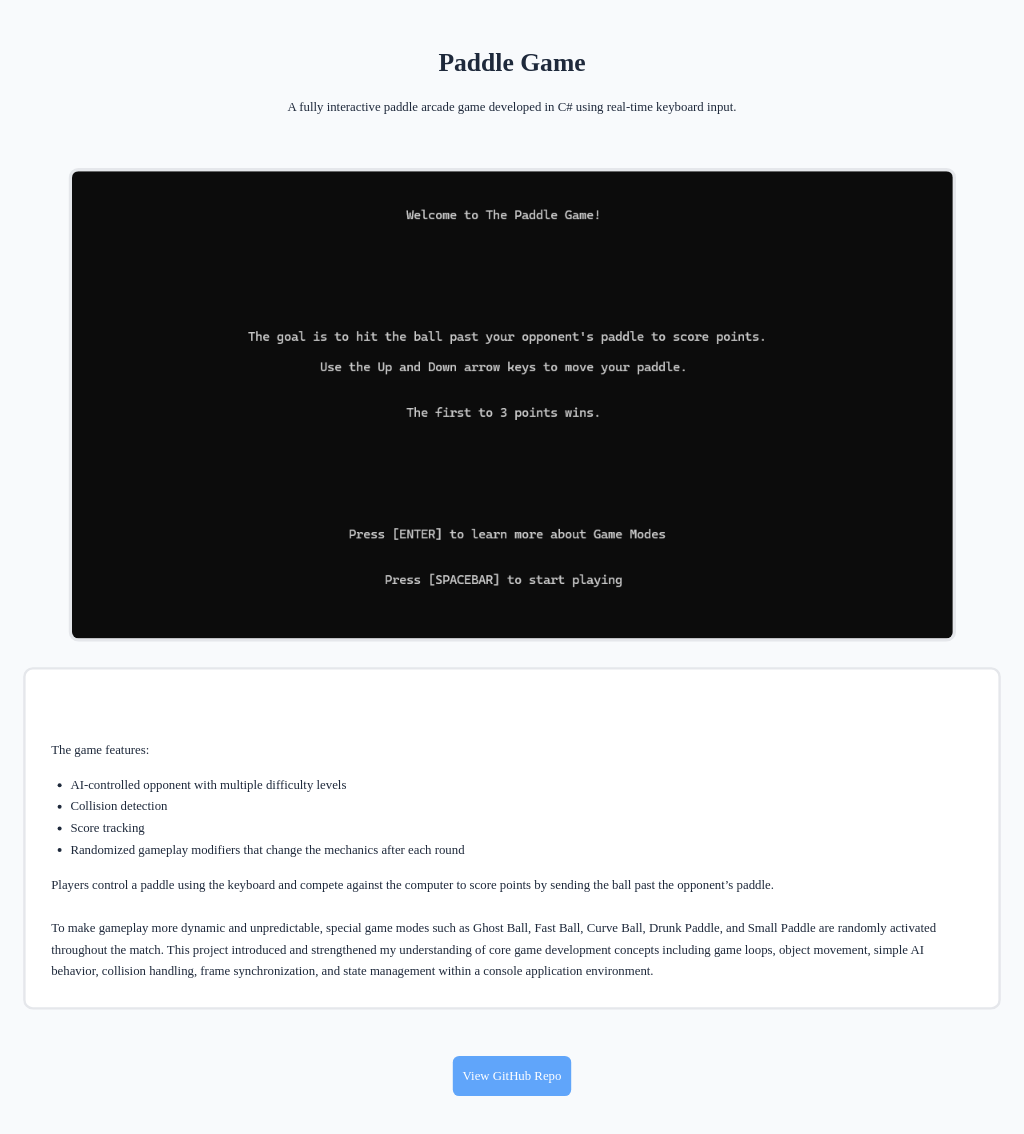
Repository: alison-cunningham/alison-cunningham
Page: pages/paddle-game.html
These files come from the project's save history. The page is drawn as it stood at one moment and after the next save; the edit follows.
The browser window is 1280 px wide. The pictures show the whole page, at 80% of full size.
Some web fonts or font styles are not loaded; a fallback is used.

Above is the page before, as saved 2026-05-08 21:21:12.

After the next save:
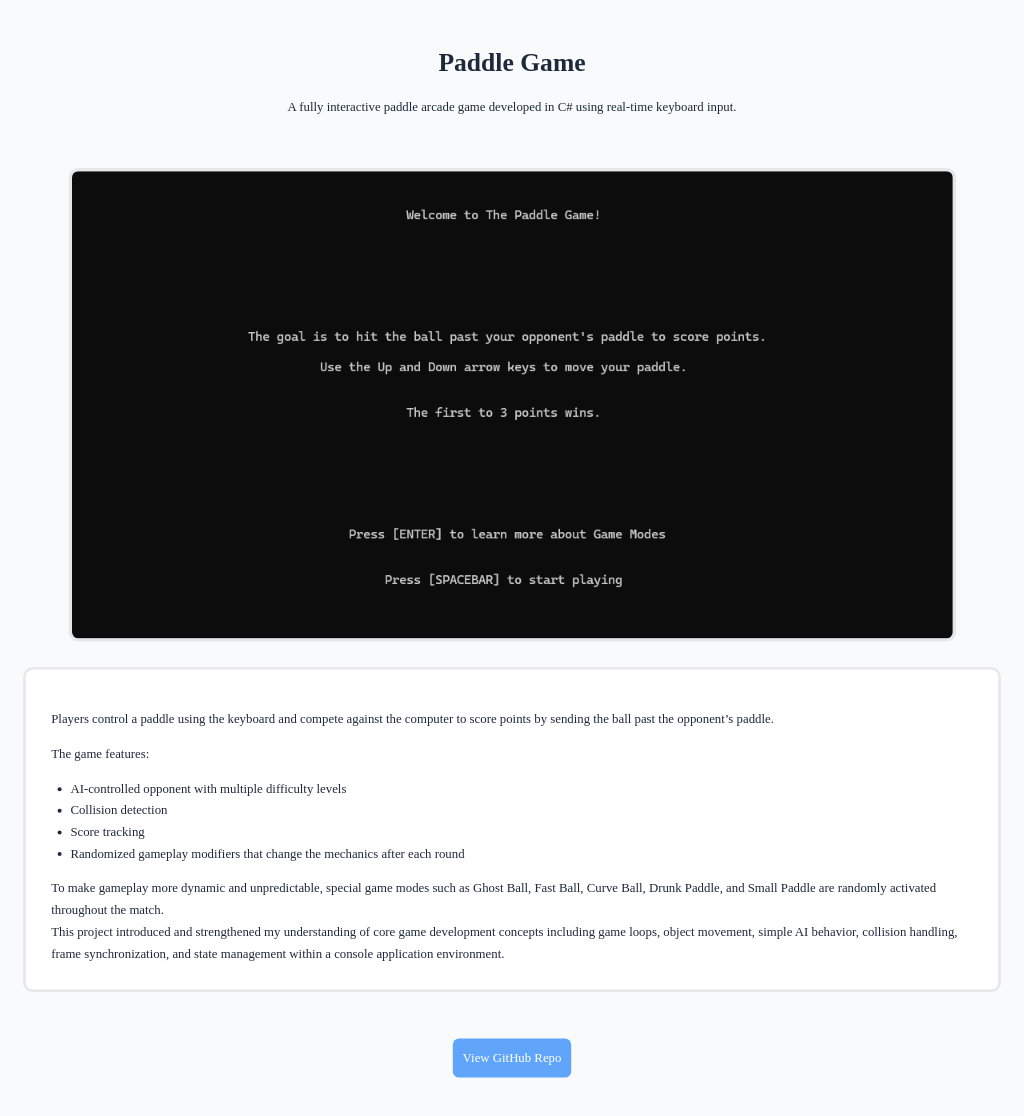
Saved 3 min 36 s later.
--- a/pages/paddle-game.html
+++ b/pages/paddle-game.html
@@ -18,8 +18,10 @@
     <img src="../assets/images/paddle-game-screenshot-2.png" alt="Screenshot from Paddle Game gameplay">
 
     <section class="project-description">
+        <p>
+            Players control a paddle using the keyboard and compete against the computer to score points by sending the ball past the opponent’s paddle.
+        </p>
 
-        <br><br>
 
         The game features:
         <ul>
@@ -29,9 +31,9 @@
             <li>Randomized gameplay modifiers that change the mechanics after each round</li>
         </ul>
 
-        Players control a paddle using the keyboard and compete against the computer to score points by sending the ball past the opponent’s paddle.
-        <br><br>
+
         To make gameplay more dynamic and unpredictable, special game modes such as Ghost Ball, Fast Ball, Curve Ball, Drunk Paddle, and Small Paddle are randomly activated throughout the match.
+        <br>
         This project introduced and strengthened my understanding of core game development concepts including game loops, object movement, simple AI behavior, collision handling, frame synchronization, and state management within a console application environment.
     </section>
 
@@ -39,7 +41,6 @@
     <a class="project-link"
         href="https://github.com/alison-cunningham/PaddleGame-2D-Collision-Simulation.git"
         target="_blank">
-
         View GitHub Repo
     </a>
 
